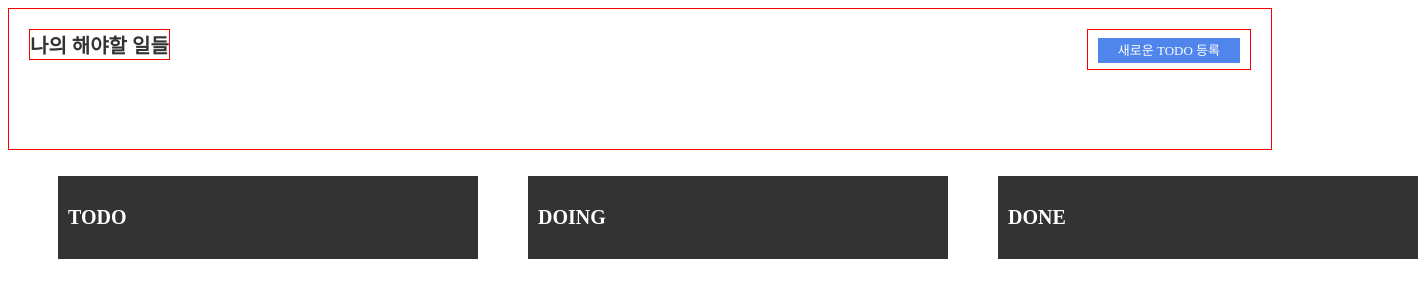
Repository: estellechoi/jsp-project-todo
Page: http://localhost/todo/MainServlet
These files come from the project's save history. The page is drawn as it stood at one moment and after the next save; the edit follows.
The browser window is 1280 px wide. The page is 1418 px wide, so the pictures cover 1418 px, including what lies to the right of the window. The pictures show the whole page.
The page is served by Tomcat 9. Other server files are loaded and not shown. Queries for data that is not in the repository find no rows.

Above is the page before, as saved 2019-12-08 07:52:13.

### todo/src/main/webapp/jsp/main.jsp
<%@page import="kr.co.todo.dto.TodoDto"%>
<%@page import="java.util.List"%>
<%@ page language="java" contentType="text/html; charset=UTF-8"
    pageEncoding="UTF-8"%>
<%@ taglib prefix="c" uri="http://java.sun.com/jsp/jstl/core" %>

<!DOCTYPE html>
<html>
<head>
<meta charset="UTF-8">
<title>나의 해야할 일들</title>
<style>
	section {
		display: flex;
	}

	ul {
		margin-left: 10px;
	}

	li {
		list-style-type: none;
		margin-top: 10px;
	}

	header {
 		height: 100px;
 		padding: 20px;
		border: 1px solid red;
	}

	#header_logo {
		color: #333333;
		font-weight: bold;
		font-size: 20px;
		float: left;
		border: 1px solid red;
	}

	#header_btns {
		float: right;
		padding: 10px;
		border: 1px solid red;
	}

	#header_btns > #btn_skyblue_white {
		background: #5085EB;
		color: white;
		padding: 5px 20px;
		text-decoration: none;
		font-size: 13px;
	}

	.type_columns {
		width: 400px;
		padding: 30px 10px;
		background: #333333;
		color: white;
		font-size: 20px;
		font-weight: bold;
	}

	.content_list {
		position: relative;
		width: 400px;
		padding: 20px 10px;
		background: #d2d2d2;
		color: #333333;
	}

	.title {
		font-weight: bold;
		letter-spacing: 2px;
	}

	.content {
		font-size: 13px;
		margin-top: 20px;
	}
	.btn_update {
		position: absolute;
		top: 50px;
		left: 370px;
		text-decoration: none;
		color: #333333;
		font-weight: bold;
	}
	.btn_delete {
		position: absolute;
		top: 50px;
		left: 370px;
		text-decoration: none;
		color: #ED6653;
		font-weight: bold;
	}

</style>
</head>
<body>
	<header>
		<div id="header_logo">나의 해야할 일들</div>
		<nav id="header_btns">
			<a id="btn_skyblue_white" href="TodoFormServlet">새로운 TODO 등록</a>
		</nav>
	</header>
	<!-- section 시작  -->
	<section>
		<!-- TODO -->
		<ul id="todo">
			<li class="type_columns">TODO</li>
			<c:forEach items="${requestScope.getTodos}" var="todoDto">
				<!-- todoDto.type 이 'TODO' 인 것만 출력 -->
				<c:if test="${todoDto.type eq 'TODO'}">
					<li class="content_list" id="${todoDto.id}">
						<span class="title">${todoDto.title}</span> <br />
						<span class="content">등록날짜 : ${todoDto.regDate}, ${todoDto.name}, 우선순위 ${todoDto.sequence}</span>
						<a class="btn_update" href="javascript:updateType('${todoDto.id}', '${todoDto.type}')">변경</a>
					</li>
				</c:if>
			</c:forEach>
		</ul>
		<!-- DOING -->
		<ul id="doing">
			<li class="type_columns">DOING</li>
			<c:forEach items="${requestScope.getTodos}" var="todoDto">
				<!-- 'DOING' 인 것만 출력 -->
				<c:if test="${todoDto.type eq 'DOING'}">
					<li class="content_list" id="${todoDto.id}">
						<span class="title">${todoDto.title}</span> <br />
						<span class="content">등록날짜 : ${todoDto.regDate}, ${todoDto.name}, 우선순위 ${todoDto.sequence}</span>
						<a class="btn_update" href="javascript:updateType('${todoDto.id}', '${todoDto.type}')">완료</a>
					</li>
				</c:if>
			</c:forEach>
		</ul>
		<!-- DONE -->
		<ul id="done">
			<li class="type_columns">DONE</li>
			<c:forEach items="${requestScope.getTodos}" var="todoDto">
				<!-- 'DONE' 인 것만 -->
				<c:if test="${todoDto.type eq 'DONE'}">
					<li class="content_list" id="${todoDto.id}">
						<span class="title">${todoDto.title}</span> <br />
						<span class="content">등록날짜 : ${todoDto.regDate}, ${todoDto.name}, 우선순위 ${todoDto.sequence}</span>
						<a class="btn_delete" href="javascript:updateType('${todoDto.id}', '${todoDto.type}')">지우기</a>
					</li>
				</c:if>
			</c:forEach>
		</ul>
	</section>
	<!-- js 경로를 찾을 때 ContextPath 넣지 않는 방법은 ? -->
	<script type="text/javascript" src="<%=request.getContextPath()%>/etc/updatelist.js"></script>
</body>
</html>

### todo/src/main/java/kr/co/todo/servlet/MainServlet.java
package kr.co.todo.servlet;

import java.io.IOException;
import java.sql.SQLException;
import java.util.List;

import javax.servlet.RequestDispatcher;
import javax.servlet.ServletException;
import javax.servlet.annotation.WebServlet;
import javax.servlet.http.HttpServlet;
import javax.servlet.http.HttpServletRequest;
import javax.servlet.http.HttpServletResponse;

import kr.co.todo.dao.TodoDao;
import kr.co.todo.dto.TodoDto;

@WebServlet("/MainServlet")
public class MainServlet extends HttpServlet {
	private static final long serialVersionUID = 1L;

	public MainServlet() {
		super();

	}

	protected void doGet(HttpServletRequest request, HttpServletResponse response)
			throws ServletException, IOException {

		TodoDao todoDao = new TodoDao();

		// 모든 레코드 조회
		List<TodoDto> list = todoDao.getTodos();
		request.setAttribute("getTodos", list);

		// main.jsp 로 포워드 하기
		RequestDispatcher requestDispatcher = request.getRequestDispatcher("/jsp/main.jsp");
		requestDispatcher.forward(request, response);

	}

}

### todo/src/main/java/kr/co/todo/dao/TodoDao.java
package kr.co.todo.dao;

import java.sql.Connection;
import java.sql.DriverManager;
import java.sql.PreparedStatement;
import java.sql.ResultSet;
import java.sql.SQLException;
import java.sql.Statement;
import java.util.ArrayList;
import java.util.List;

import kr.co.todo.dto.TodoDto;

public class TodoDao {

	String dbUrl = "jdbc:mysql://localhost:3306/youjin?useSSL=false&serverTimezone=UTC&autoReconnection=true";
	String dbUser = "estellechoi";
	String dbPwd = "yk0425";

	// Main.jsp 에 표시될 전체 toto 목록
	public List<TodoDto> getTodos() {

		// 드라이버 로드
		try {
			Class.forName("com.mysql.cj.jdbc.Driver");
		} catch (ClassNotFoundException e) {
			e.printStackTrace();
		}

		List<TodoDto> list = new ArrayList<TodoDto>();

		String sql = "select id, name, regdate, sequence, title, type from todo";

		try (Connection conn = DriverManager.getConnection(dbUrl, dbUser, dbPwd);
				Statement stmt = conn.createStatement()){

			try (ResultSet rs = stmt.executeQuery(sql)) {
				while (rs.next()) {
					TodoDto todoDto = new TodoDto(rs.getInt("id"), rs.getString("name"), rs.getString("regdate"), rs.getInt("sequence"), rs.getString("title"), rs.getString("type"));
					list.add(todoDto);
				}
			}
			catch (Exception e) {
				e.printStackTrace();
			}
		}
		catch (Exception e) {
			e.printStackTrace();
		}

		return list;
	}

	// 할 일 등록
	public int addTodo(TodoDto todoDto) {

		try {
			Class.forName("com.mysql.cj.jdbc.Driver");
		} catch (ClassNotFoundException e) {
			e.printStackTrace();
		}

		int insertCount = 0;
		String sql = "insert into todo(title, name, sequence, regdate) values(?,?,?, now())";

		try (Connection conn = DriverManager.getConnection(dbUrl, dbUser, dbPwd);
			PreparedStatement pstmt = conn.prepareStatement(sql)) {
				pstmt.setString(1, todoDto.getTitle());
				pstmt.setString(2, todoDto.getName());
				pstmt.setInt(3, todoDto.getSequence());
				insertCount = pstmt.executeUpdate(); // CREATE / DROP 관련 구문에서는 -1 을 반환
		}
		// what about nullpointerexception ?
		catch (SQLException e) {
			e.printStackTrace();
		}

		return insertCount;
	}

	public int updateTodo(TodoDto todoDto) {

		try {
			Class.forName("com.mysql.cj.jdbc.Driver");
		} catch (ClassNotFoundException e) {
			e.printStackTrace();
		}

		int updateCount = 0;
		String sql = "update todo set type = ? where id = ?";

		try (Connection conn = DriverManager.getConnection(dbUrl, dbUser, dbPwd);
				PreparedStatement pstmt = conn.prepareStatement(sql)){
			pstmt.setString(1, todoDto.getType());
			pstmt.setLong(2, todoDto.getId());
			updateCount = pstmt.executeUpdate();
		} catch (SQLException e) {
			e.printStackTrace();
		}

		return updateCount;
	}

	public int deleteTodo(long id) {
		try {
			Class.forName("com.mysql.cj.jdbc.Driver");
		} catch (ClassNotFoundException e) {
			e.printStackTrace();
		}

		int deleteCount =0;
		String sql = "delete from todo where id = " + id;

		try (Connection conn = DriverManager.getConnection(dbUrl, dbUser, dbPwd);
				Statement stmt = conn.createStatement()){
			deleteCount = stmt.executeUpdate(sql);
		}
		catch (SQLException e) {
			e.printStackTrace();
		}

		return deleteCount;
	}
}

### todo/src/main/webapp/etc/updatelist.js
/**
 *
 */

	function updateType(id, type) {

		var oReq = new XMLHttpRequest(); // oReq.UNSENT == 0

		// 이벤트 리스너 콜백함수 등록
		/*
		oReq.addEventListener("load", function() {
			if (this.responseText == "success") {
				// 프론트 처리
			}
		});
		*/

		// onreadystatechange 대신에 onload를 사용해도 됩니다. 요청 완료만 잡아내도 된다면요.
		oReq.onreadystatechange = function() {
			if (oReq.readyState == oReq.DONE) { // 요청이 완료되면 (oReq.DONE == 4)
				if (oReq.status == 200 || oReq.status == 201) {
					if (oReq.responseText == "success") {
						// responseText : 현재까지 읽은 응답의 전체 값을 반환
						// 프론트 처리
						alert(oReq.responseText);
						// 리스트 재정렬 함수 호출
						updateList(id, type);
					}
				}
				else {
					console.error(this.responseText);
				}
			}
		}

		oReq.open("GET", "TodoTypeServlet?id=" + id + "&type=" + type); // oReq.OPENED == 1
		oReq.send(); // oReq.HEADERS_RECEIVED (2) -> LOADING (3) -> DONE (4)
	}

	function updateList(id, type) {
		const targetList = document.getElementById(id);

		switch(type) {
		case "TODO" :
			document.querySelector("#todo").removeChild(targetList);
			document.querySelector("#doing").append(targetList);
			break;
		case "DOING" :
			document.querySelector("#doing").removeChild(targetList);
			document.querySelector("#done").append(targetList);
			break;
		case "DONE" :
			document.querySelector("#done").removeChild(targetList);
			break;
		default:
			break;

		}
	}

After the next save:
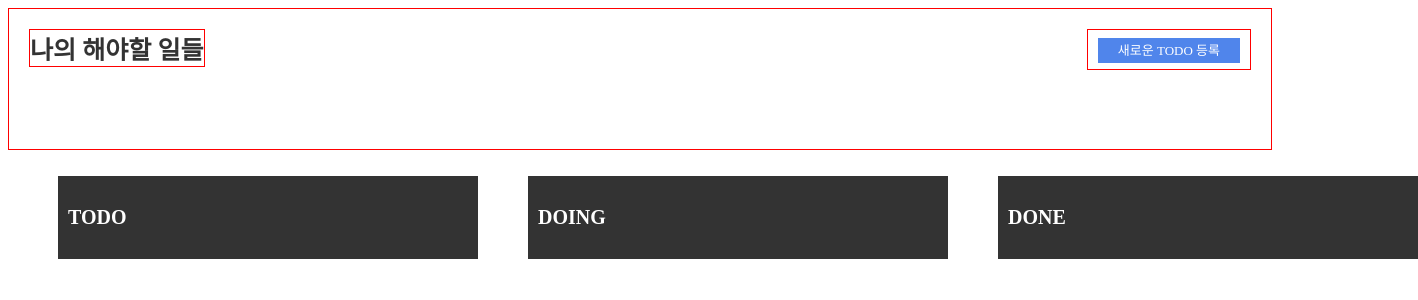
Saved 6 s later.
--- a/todo/src/main/webapp/jsp/main.jsp
+++ b/todo/src/main/webapp/jsp/main.jsp
@@ -32,7 +32,7 @@
 	#header_logo {
 		color: #333333;
 		font-weight: bold;
-		font-size: 20px;
+		font-size: 25px;
 		float: left;
 		border: 1px solid red;
 	}
